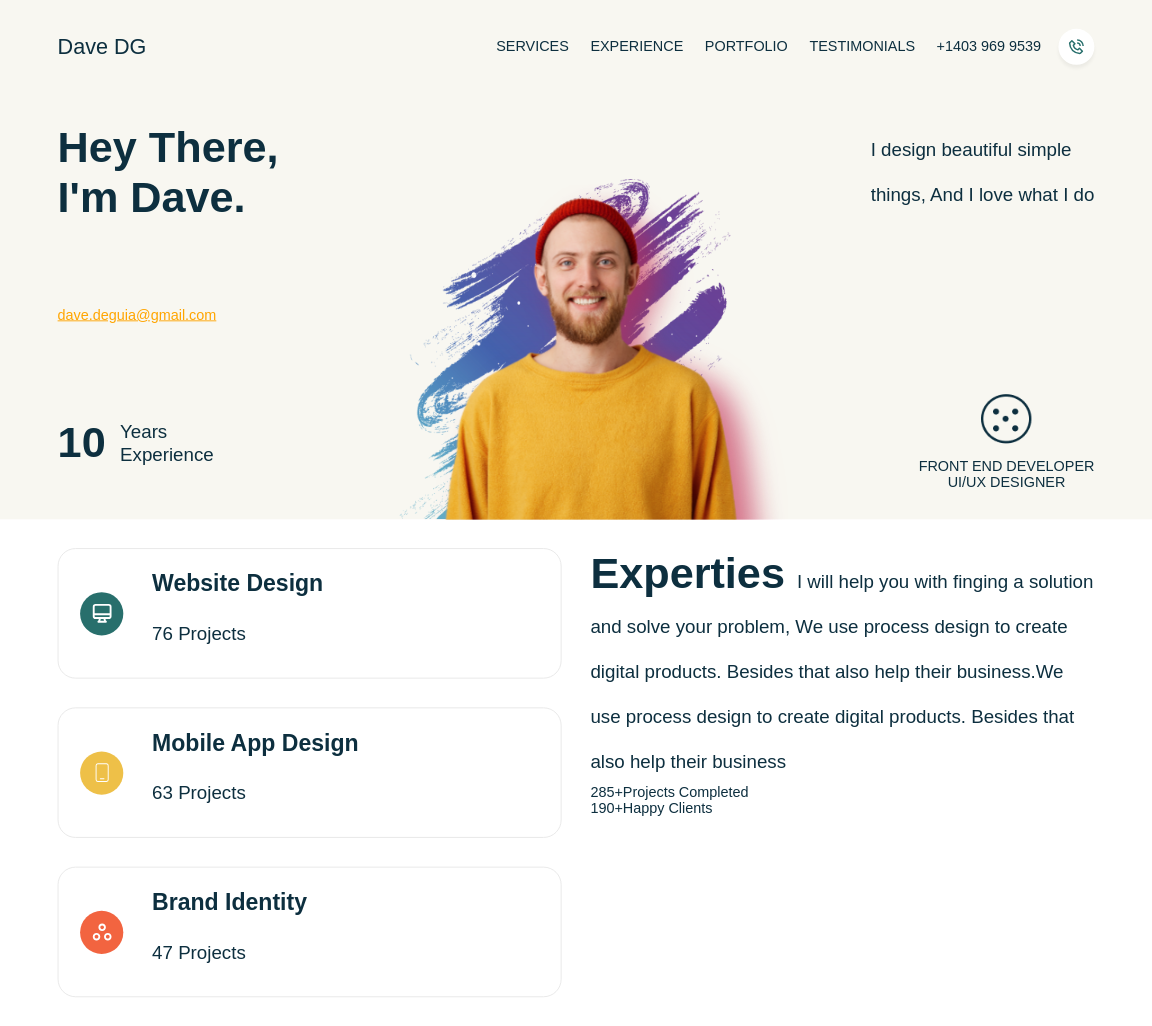
Repository: davedeguia/framer-motion-portfolio
Page: /
The author's editor kept a copy of each file at every save. The page is drawn from the files as they stood at one save, then again after the next save.
The browser window is 1280 px wide. The pictures show the whole page, at 90% of full size.
Some web fonts or font styles are not loaded; a fallback is used. The project was rebuilt for these pictures with package versions that can differ from the ones it lists, and the page was loaded fresh each time. Also part of the build but not shown: vite.config.js.

Above is the page before, as saved 2023-02-10 15:53:33.

### index.html
<!DOCTYPE html>
<html lang="en">
  <head>
    <meta charset="UTF-8" />
    <link rel="icon" type="image/svg+xml" href="/vite.svg" />
    <meta name="viewport" content="width=device-width, initial-scale=1.0" />
    <link rel="stylesheet" href="https://stijndv.com/fonts/Eudoxus-Sans.css" />
      <title>Dave DG</title>
  </head>
  <body>
    <div id="root"></div>
    <script type="module" src="/src/main.jsx"></script>
  </body>
</html>

### src/main.jsx
import React from 'react'
import ReactDOM from 'react-dom/client'
import App from './App'
import './styles/index.css'
import './styles/global.scss'

ReactDOM.createRoot(document.getElementById('root')).render(
  <React.StrictMode>
    <App />
  </React.StrictMode>
)

### src/App.jsx
import Experties from './components/Experties/Experties'
import Header from './components/Header/Header'
import Hero from './components/hero/Hero'
import css from './styles/app.module.scss'

const App = () => {
  return (
    <div className={`bg-primary ${css.container}`}>
      <Header />
      <Hero />
      <Experties />
    </div>
  )
}

export default App

### src/styles/index.css
* {
    margin: 0;
    padding: 0;
    box-sizing: border-box;
    scroll-behavior: smooth;
    font-family: "Eudoxus Sans", sans-serif;
  }

### src/styles/global.scss
@import './constants.scss';

.bg-primary {
  background: #F8F7F1;
}

.innerWidth {
  @media (min-width: $xxl) {
    max-width: 1280px;
    margin: auto;
  }

  width: 100%;
}

.paddings {
  @media (min-width: $sm) {
    padding: 4rem;
  }


  @media (min-width: $xl),
  (min-width: $md) {
    padding-top: 2rem;
    padding-bottom: 2rem;
  }

  padding-left: 1.5rem;
  padding-right: 1.5rem;
  padding-top: 1.5rem;
  padding-bottom: 1.5rem;
}



.xPaddings {
  @media (min-width: $sm) {
    padding-left: 4rem;
    padding-right: 4rem;
  }

  padding-left: 1.5rem;
  /* 24px */
  padding-right: 1.5rem;
  /* 24px */
}

.yPaddings {
  @media (min-width: $sm) {
    padding-top: 4rem;
    padding-bottom: 4rem;
  }

  @media (min-width: $xl) {
    padding-top: 2rem;
    padding-bottom: 2rem;
  }

  padding-top: 3rem;
  padding-bottom: 3rem;
}

.topPaddings {
  @media (min-width : $sm) {
    padding-top: 4rem;
  }

  @media (min-width: $xl) {
    padding-top: 2rem;
  }

  padding-top: 3rem;
}


.bottomPaddings {
  @media (min-width : $sm) {
    padding-bottom: 4rem;
  }

  @media (min-width: $xl) {
    padding-bottom: 2rem;
  }

  padding-bottom: 3rem;
}


.flexCenter {
  display: flex;
  justify-content: center;
  align-items: center;
}

.flexStart {
  display: flex;
  justify-content: start;
  align-items: center;
}

.flexEnd {
  display: flex;
  justify-items: end;
}

.primaryText {
  @media (max-width: $sm) {
    font-size: 2.5rem;
  }
  font-size: 3rem;
  font-weight: bold;
}

.secondaryText {
  @media (max-width: $sm) {
    font-size: 1.1rem;
    line-height: 40px;
  }
  line-height: 50px;
  font-size: 1.3rem;
  font-weight: 500
}
.anchor {
  display: block;
  position: relative;
  top: -100px;
  visibility: hidden;
}

### src/components/Experties/Experties.jsx
import React from 'react'
import css from './Experties.module.scss'
import { projectExperience, WhatDoIHelp } from '../../utils/data'

const Experties = () => {
  return (
    <section className={css.wrapper}>
      <div
        className={`paddings yPaddings flexCenter innerWidth ${css.container}`}
      >
        <div className={css.leftSide}>
          {projectExperience.map((exp, i) => {
            return (
              <div className={css.exp} key={i}>
                <div className='flexCenter' style={{ background: exp.bg }}>
                  <exp.icon size={25} color='white' />
                </div>

                <div>
                  <span>{exp.name}</span>
                  <span className='secondaryText'>{exp.projects} Projects</span>
                </div>
              </div>
            )
          })}
        </div>
        <div className={css.rightSide}>
          <span className='primaryText'>Experties </span>
          {WhatDoIHelp.map((paragraph, i) => {
            return (
              <span className='secondaryText' key={i}>
                {paragraph}
              </span>
            )
          })}

          <div className={css.stats}>
            <div className={css.stat}>
              <span>285+</span>
              <span>Projects Completed</span>
            </div>
          </div>
          <div className={css.stats}>
            <div className={css.stat}>
              <span>190+</span>
              <span>Happy Clients</span>
            </div>
          </div>
        </div>
      </div>
    </section>
  )
}

export default Experties

### src/components/Header/Header.jsx
import React, { useState } from 'react'
import css from './Header.module.scss'
import { BiMenuAltRight, BiPhoneCall } from 'react-icons/bi'
import { motion } from 'framer-motion'
import { getMenuStyles, headerVariants } from '../../utils/motion'
import useHeaderShadow from '../../hooks/useHeaderShadow'

const Header = () => {
  const [menuOpened, setMenuOpened] = useState(false)
  const headerShadow = useHeaderShadow()
  return (
    <motion.div
      initial='hidden'
      whileInView='show'
      variants={headerVariants}
      viewport={{ once: false, amount: 0.25 }}
      className={`paddings ${css.wrapper}`}
      style={{ boxShadow: headerShadow }}
    >
      <div className={`flexCenter innerWidth ${css.container}`}>
        <div className={css.name}>Dave DG</div>
        <ul
          style={getMenuStyles(menuOpened)}
          className={`flexCenter ${css.menu}`}
        >
          <li>
            <a href=''>Services</a>
          </li>

          <li>
            <a href=''>Experience</a>
          </li>

          <li>
            <a href=''>Portfolio</a>
          </li>

          <li>
            <a href=''>Testimonials</a>
          </li>

          <li className={`flexCenter ${css.phone}`}>
            <p>+1403 969 9539</p>
            <BiPhoneCall size={'40px'} />
          </li>
        </ul>
        {/* for medium and small screens */}
        <div
          className={css.menuIcon}
          onClick={() => setMenuOpened((prev) => !prev)}
        >
          <BiMenuAltRight size={30} />
        </div>
      </div>
    </motion.div>
  )
}

export default Header

### src/components/hero/Hero.jsx
import React from 'react'
import css from './Hero.module.scss'
import { motion } from 'framer-motion'
import { fadeIn, slideIn, staggerContainer } from '../../utils/motion'

const Hero = () => {
  return (
    <section className={`paddings ${css.wrapper}`}>
      <motion.div
        variants={staggerContainer}
        initial='hidden'
        whileInView='show'
        viewport={{ once: false, amount: 0.25 }}
        className={`innerWidth ${css.container}`}
      >
        {/* upper elements */}
        <div className={css.upperElements}>
          <motion.span
            variants={fadeIn('right', 'tween', 0.2, 1)}
            className='primaryText'
          >
            Hey There, <br /> I'm Dave.
          </motion.span>
          <motion.span
            variants={fadeIn('left', 'tween', 0.4, 1)}
            className='secondaryText'
          >
            I design beautiful simple <br /> things, And I love what I do
          </motion.span>
        </div>

        {/* person image */}
        <motion.div
          variants={fadeIn('up', 'tween', 0.3, 1)}
          className={css.person}
        >
          <motion.img
            variants={slideIn('up', 'tween', 0.5, 1.3)}
            src='./person.png'
            alt=''
          />
        </motion.div>

        {/* email */}
        <a className={css.email} href='mailto:dave.deguia@gmail.com'>
          dave.deguia@gmail.com
        </a>

        {/* lower elements */}
        <div className={css.lowerElements}>
          <div className={css.experience}>
            <div className='primaryText'>10</div>
            <div className='secondaryText'>
              <div>Years</div>
              <div>Experience</div>
            </div>
          </div>
          <div className={css.certificate}>
            <img src='./certificate.png' alt='' />
            <span>FRONT END DEVELOPER</span>
            <span>UI/UX DESIGNER</span>
          </div>
        </div>
      </motion.div>
    </section>
  )
}

export default Hero

### src/styles/app.module.scss
@import './constants.scss';

.container{
    overflow-x: clip;
    position: relative;
    color: $primary;

}

### src/components/Experties/Experties.module.scss
@import './../../styles/constants.scss';

.wrapper {
    background: white;

    .container {
        align-items: flex-start;
        gap: 2rem;
        flex-wrap: wrap;
        >div {
            flex: 1;
        }

        .leftSide {
            display: flex;
            flex-direction: column;
            gap: 2rem;

            .exp {
                display: flex;
                align-items: center;
                border: 1px solid $secondary-white;
                border-radius: 20px;
                padding: 1.5rem;
                gap: 2rem;
                transition: all 200ms ease-out;

                &hover {
                    cursor: pointer;
                    box-shadow: 0px 21px 13px rgba(0, 0, 0, 0.04);
                }

                //icon circles
                >:nth-child(1) {
                    padding: 10px;
                    width: 3rem;
                    height: 3rem;
                    border-radius: 999px;
                }

                //description
                >:nth-child(2) {
                    display: flex;
                    flex-direction: column;
                    gap: 1rem;

                    >:nth-child(1) {
                        font-size: 1.6rem;
                        font-weight: bold;
                    }
                }

            }
        }
    }
}

### src/utils/data.js
import { HiOutlineDesktopComputer } from "react-icons/hi";
import { CiMobile1 } from "react-icons/ci";
import { MdWorkspacesOutline } from "react-icons/md";
export const projectExperience = [
  {
    name: "Website Design",
    projects: 76,
    icon: HiOutlineDesktopComputer,
    bg: "#286F6C",
  },
  {
    name: "Mobile App Design",
    projects: 63,
    icon: CiMobile1,
    bg: "#EEC048",
  },
  {
    name: "Brand Identity",
    projects: 47,
    icon: MdWorkspacesOutline,
    bg: "#F26440",
  },
];

export const WhatDoIHelp = [
  "I will help you with finging a solution and solve your problem, We use process design to create digital products. Besides that also help their business.",
  "We use process design to create digital products. Besides that also help their business",
];

export const workExp = [
  {
    place: "Self-Employed, Brisbane",
    tenure: "Aug 2014 - Sep 2016",
    role: "Visual Designer",
    detail:
      "A visual desginer dsesign for a variety of platoforms, may include internet and internet sites, games, movies, kioasks and wearbies. In short, they create the concepts",
  },
  {
    place: "New Man Services",
    tenure: "Aug 2014 - Sep 2016",
    role: "UI/UX Designer",
    detail:
      "A visual desginer dsesign for a variety of platoforms, may include internet and internet sites, games, movies, kioasks and wearbies. In short, they create the concepts",
  },
  {
    place: "Global Solution",
    tenure: "Aug 2014 - Sep 2016",
    role: "Sr. Product Designer",
    detail:
      "A visual desginer dsesign for a variety of platoforms, may include internet and internet sites, games, movies, kioasks and wearbies. In short, they create the concepts",
  },
];

export const comments = [
  {
    name: "Anamika Sandula",
    post: "Creative Manager",
    comment:
      "Letraset sheets containing Lorem Ipsum passages, and more recently with desktop publishing software like Aldus PageMaker including versions of Lorem Ipsum.",
    img: "./people2.png",
  },
  {
    name: "Anamika Sandula",
    post: "Creative Manager",
    comment:
      "Letraset sheets containing Lorem Ipsum passages, and more recently with desktop publishing software like Aldus PageMaker including versions of Lorem Ipsum.",
    img: "./people1.png",
  },
  {
    name: "Anamika Sandula",
    post: "Creative Manager",
    comment:
      "Letraset sheets containing Lorem Ipsum passages, and more recently with desktop publishing software like Aldus PageMaker including versions of Lorem Ipsum.",
    img: "./people2.png",
  },
  {
    name: "Anamika Sandula",
    post: "Creative Manager",
    comment:
      "Letraset sheets containing Lorem Ipsum passages, and more recently with desktop publishing software like Aldus PageMaker including versions of Lorem Ipsum.",
    img: "./people1.png",
  },
  {
    name: "Anamika Sandula",
    post: "Creative Manager",
    comment:
      "Letraset sheets containing Lorem Ipsum passages, and more recently with desktop publishing software like Aldus PageMaker including versions of Lorem Ipsum.",
    img: "./people2.png",
  },
  {
    name: "Anamika Sandula",
    post: "Creative Manager",
    comment:
      "Letraset sheets containing Lorem Ipsum passages, and more recently with desktop publishing software like Aldus PageMaker including versions of Lorem Ipsum.",
    img: "./people1.png",
  },
  {
    name: "Anamika Sandula",
    post: "Creative Manager",
    comment:
      "Letraset sheets containing Lorem Ipsum passages, and more recently with desktop publishing software like Aldus PageMaker including versions of Lorem Ipsum.",
    img: "./people2.png",
  },
  {
    name: "Anamika Sandula",
    post: "Creative Manager",
    comment:
      "Letraset sheets containing Lorem Ipsum passages, and more recently with desktop publishing software like Aldus PageMaker including versions of Lorem Ipsum.",
    img: "./people1.png",
  },
  {
    name: "Anamika Sandula",
    post: "Creative Manager",
    comment:
      "Letraset sheets containing Lorem Ipsum passages, and more recently with desktop publishing software like Aldus PageMaker including versions of Lorem Ipsum.",
    img: "./people2.png",
  },
];

export const sliderSettings = {
  dots: true,
  infinite: false,
  speed: 1000,
  slidesToShow: 3,
  slidesToScroll: 1,
  initialSlide: 0,
  touchMove: true,
  useCSS: true,

  responsive: [
    {
      breakpoint: 1024,
      settings: {
        slidesToShow: 3,
        slidesToScroll: 3,
        infinite: true,
        dots: true,
      },
    },
    {
      breakpoint: 1000,
      settings: {
        slidesToShow: 2,
        slidesToScroll: 2,
        initialSlide: 2,
      },
    },
    {
      breakpoint: 480,
      settings: {
        slidesToShow: 1,
        slidesToScroll: 1,
      },
    },
  ],
};

### src/components/Header/Header.module.scss
@import './../../styles/constants.scss';

.wrapper {
    position: relative;
    z-index: 99;
    opacity: 1;
    transform: none;
    position: sticky;
    top: 0px;
    transition: all 300ms ease;

    .container {
        position: relative;
        justify-content: space-between;
        font-weight: 500;

        .name {
            font-size: 1.5rem;
            font-weight: 500;
        }

        .menu {

            @media (max-width: $sm),
            (max-width: $md) {
                position: absolute;
                list-style: none;
                gap: 2rem;
                font-weight: 500;
                flex-direction: column;
                right: 0;
                top: 3rem;
                height: calc(100vh - 6.3rem);
                width: 50%;
                min-width: 15rem;
                background: white;
                padding: 2rem;
                display: flex;
                border-radius: 10px;
                transition: all 200ms ease;
                align-items: flex-start;
                padding: 3rem;
                justify-content: flex-start;
                box-shadow: 0px 4px 4px rgba(0, 0, 0, 0.05);
            }

            text-transform: uppercase;
            font-size: 1rem;
            list-style: none;
            gap: 1.5rem;
            cursor: pointer;

            li {
                a {
                    color: inherit;
                    text-decoration: none;
                }

                &:hover {
                    color: $secondary;
                }
            }

            .phone {
                gap: 1.2rem;
                flex-wrap: wrap;

                svg {
                    color: $secondary;
                    background-color: white;
                    padding: 10px;
                    border-radius: 999px;
                    box-shadow: 0px 4px 4px rgba(0, 0, 0, 0.05);
                }
            }
        }



        .menuIcon {

            @media (max-width: $sm),
            (max-width: $md) {
                display: block;
            }

            display: none;
        }
    }
}

### src/utils/motion.js
export const headerVariants = {
  hidden: {
    opacity: 0,
    y: -50,
    transition: {
      type: 'spring',
      stiffness: 300,
      damping: 140,
    },
  },
  show: {
    opacity: 1,
    y: 0,
    transition: {
      type: 'spring',
      stiffness: 80,
      delay: 1,
    },
  },
}

export const slideIn = (direction, type, delay, duration) => ({
  hidden: {
    x: direction === 'left' ? '-100%' : direction === 'right' ? '100%' : 0,
    y: direction === 'up' ? '100%' : direction === 'down' ? '100%' : 0,
  },
  show: {
    x: 0,
    y: 0,
    transition: {
      type,
      delay,
      duration,
      ease: 'easeOut',
    },
  },
})

export const staggerContainer = (staggerChildren, delayChildren) => ({
  hidden: {},
  show: {
    transition: {
      staggerChildren,
      delayChildren,
    },
  },
})

export const textVariant = (delay) => ({
  hidden: {
    y: 50,
    opacity: 0,
  },
  show: {
    y: 0,
    opacity: 1,
    transition: {
      type: 'spring',
      duration: 1.25,
      delay,
    },
  },
})

export const textVariant2 = {
  hidden: {
    opacity: 0,
    y: 20,
  },
  show: {
    opacity: 1,
    y: 0,
    transition: {
      type: 'tween',
      ease: 'easeIn',
    },
  },
}

export const fadeIn = (direction, type, delay, duration) => ({
  hidden: {
    x: direction === 'left' ? 100 : direction === 'right' ? -100 : 0,
    y: direction === 'up' ? 100 : direction === 'down' ? -100 : 0,
    opacity: 0,
  },
  show: {
    x: 0,
    y: 0,
    opacity: 1,
    transition: {
      type,
      delay,
      duration,
      ease: 'easeOut',
    },
  },
})

export const zoomIn = (delay, duration) => ({
  hidden: {
    scale: 0,
    opacity: 0,
  },
  show: {
    scale: 1,
    opacity: 1,
    transition: {
      type: 'tween',
      delay,
      duration,
      ease: 'easeOut',
    },
  },
})

export const footerVariants = {
  hidden: {
    opacity: 0,
    y: 50,
    transition: {
      type: 'spring',
      stiffness: 300,
      damping: 140,
    },
  },
  show: {
    opacity: 1,
    y: 0,
    transition: {
      type: 'spring',
      stiffness: 80,
      delay: 0.5,
    },
  },
}

export const staggerChildren = {
  hidden: { opacity: 0 },
  show: {
    opacity: 1,
    transition: {
      staggerChildren: 0.5,
    },
  },
}

export const getMenuStyles = (menuOpened) => {
  if (document.documentElement.clientWidth <= 640) {
    return { right: !menuOpened && '-100%' }
  }
}

### src/components/hero/Hero.module.scss
@import './../../styles/constants.scss';

.wrapper {
    overflow: hidden;

    .container {
        position: relative;
        z-index: 1;

        .upperElements {
            @media (max-width: $sm) {
                justify-content: center;
                text-align: center;
                gap: 2rem;
            }
            display: flex;
            align-items: center;
            justify-content: space-between;
            flex-wrap: wrap;
        }

        .lowerElements {
            @media (max-width: $sm), (max-width: $md) {
                margin-top: 4rem;
                gap: 2rem;
                justify-content: center;
            }
            margin-top: 12rem;
            display: flex;
            flex-wrap: wrap;
            justify-content: space-between;

            .experience {
                display: flex;
                align-items: center;
                gap: 1rem;

                >:nth-child(2) {
                    line-height: 25px;
                }
            }

            .certificate {
                display: flex;
                flex-direction: column;
                align-items: center;

                img {
                    margin-bottom: 1rem;
                    width: 3.5rem;
                }
            }
        }

        .person {
            @media (max-width: $sm), (max-width: $md) {
                position: relative;
                left: 0;
                background-size: 20rem;
                display: flex;
                align-items: center;
                justify-content: center;
                background-position: bottom;
            }
            position: absolute;
            bottom: -2rem;
            margin: auto;
            background-image: url('../splash.png');
            background-repeat: no-repeat;
            background-size: 23rem;
            left: 33%;

            img {
                @media (max-width: $sm) {
                    width: 23rem;
                }
                margin-bottom: -5px;
            }
        }

        .email {
            @media (max-width: $sm) {
                position: relative;
                display: none;
            }
            position: absolute;
            top: 50%;
            color: orange;
            left: 0;
        }
    }
}

Loaded but not shown: src/styles/constants.scss (common file); src/hooks/useHeaderShadow.jsx (common file)

After the next save:
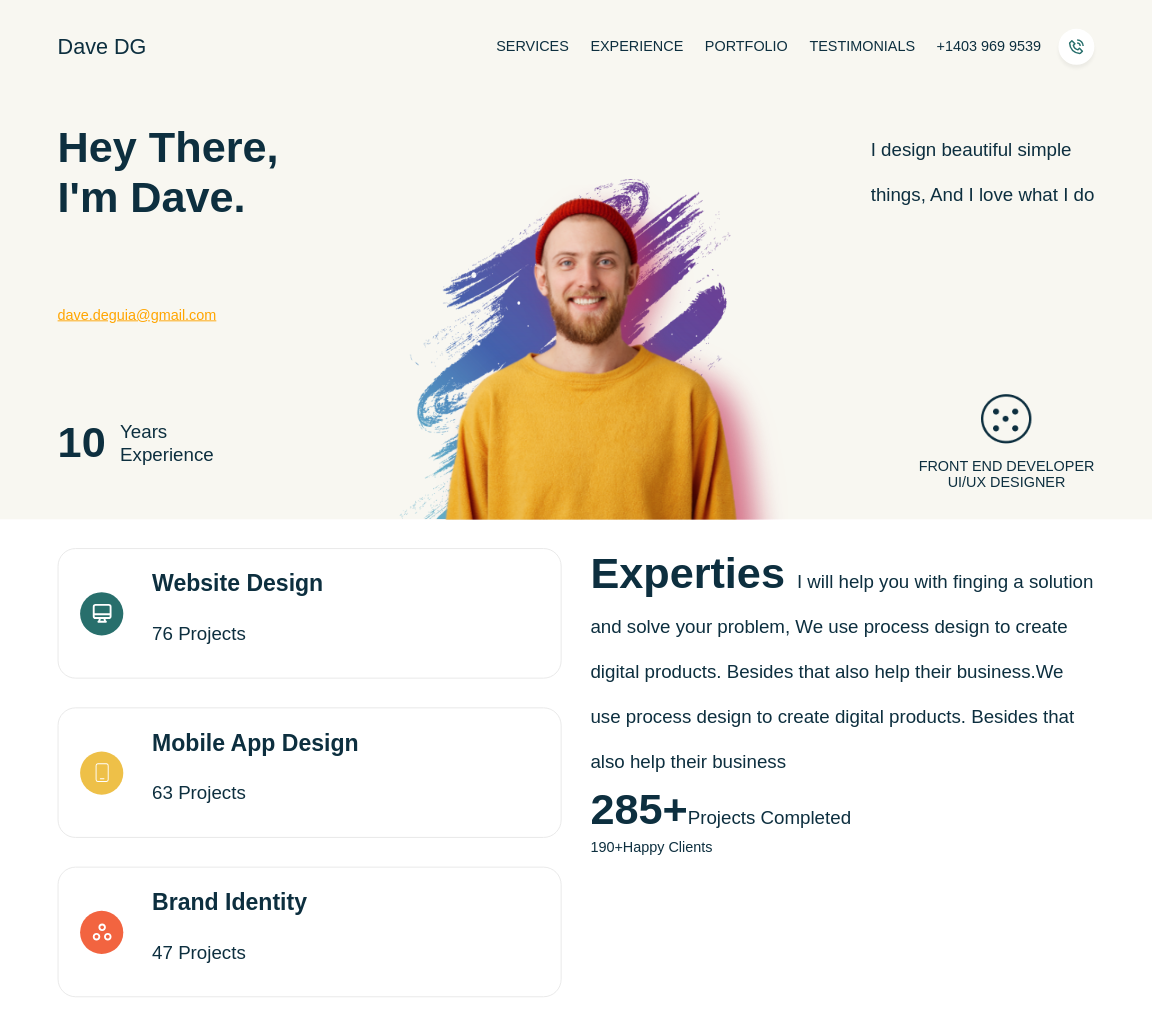
Saved 33 min 47 s later.
--- a/src/components/Experties/Experties.jsx
+++ b/src/components/Experties/Experties.jsx
@@ -36,8 +36,8 @@ const Experties = () => {
 
           <div className={css.stats}>
             <div className={css.stat}>
-              <span>285+</span>
-              <span>Projects Completed</span>
+              <span className='primaryText'>285+</span>
+              <span className='secondaryText'>Projects Completed</span>
             </div>
           </div>
           <div className={css.stats}>
